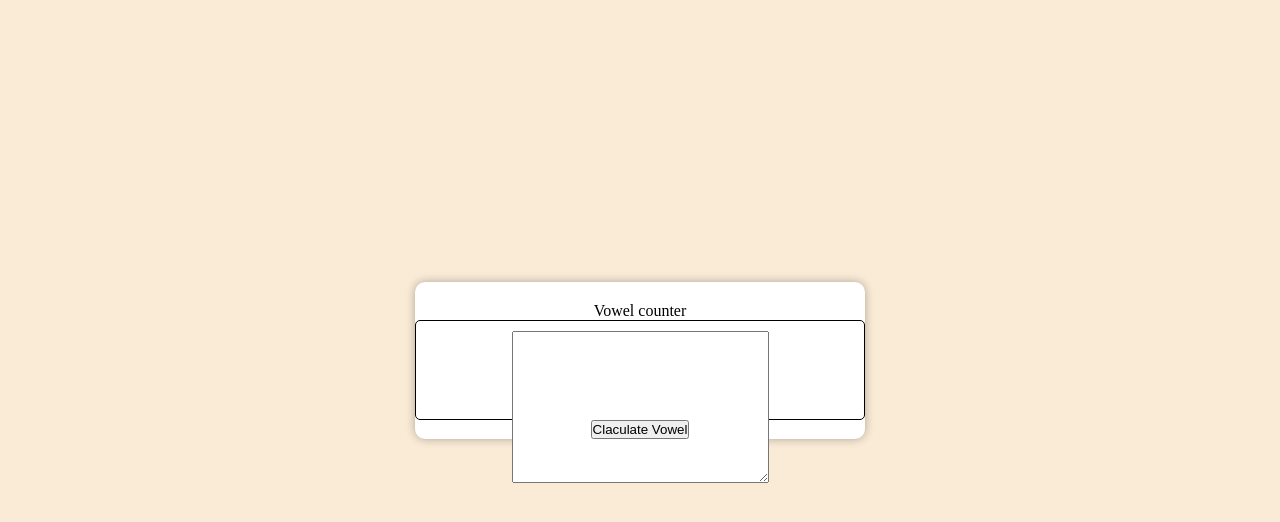
Repository: JunaidAnsari202/Vowel-counter
Page: index.html
These files come from the project's save history. The page is drawn as it stood at one moment and after the next save; the edit follows.
The browser window is 1280 px wide. The pictures show the whole page.

Above is the page before, as saved 2024-10-17 11:41:54.

### index.html
<!DOCTYPE html>
<html lang="en">
<head>
    <meta charset="UTF-8">
    <meta name="viewport" content="width=device-width, initial-scale=1.0">
    <title>Vowel counter</title>
    <link rel="stylesheet" href="style.css">
</head>
<body>
    <div class="container">
        <div class="header">Vowel counter</div>
        <div class="textarea">
            <textarea name="vowelinput" id="textarea" rows="10" cols="30"></textarea>
        </div>
        <div class="count">
            <button id="count">Claculate Vowel</button>
        </div>
        <div class="output"></div>
    </div>
    <script src="script.js"></script>
</body>
</html>

### style.css
*{
    margin: 0;
    padding: 0;
    box-sizing: border-box;
}

body{
    background-color: antiquewhite;
    display: flex;
    justify-content: center;
    align-items: center;
    height: 100vh;

}

.container{
    width: 450px;
    text-align: center;
    background-color: white;
    border-radius: 10px;
    box-shadow: 0 0 10px rgba(0,0,0,0.3);
}

.header{
    margin-top: 10px;
    padding-top: 10px;
}

.textarea{
    width:100%;
    height: 100px;
    border: 1px solid black;
    border-radius: 5px;
    padding: 10px;
    font-size: 16px;
}

Loaded but not shown: script.js (no copy from this time; the picture is the same without it)

After the next save:
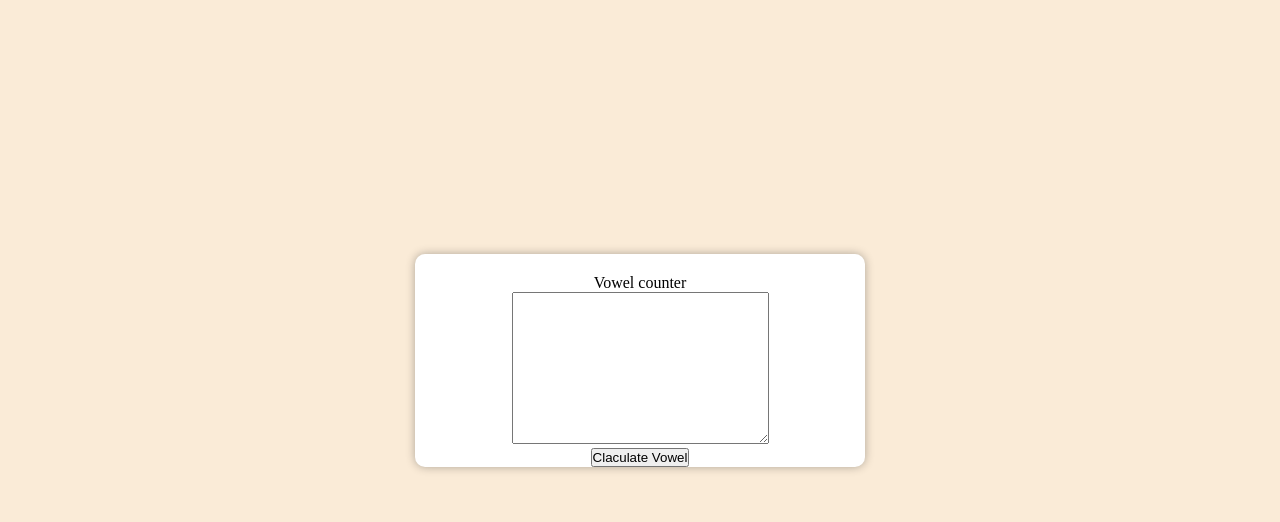
Saved 3 min 52 s later.
--- a/style.css
+++ b/style.css
@@ -26,7 +26,7 @@
     padding-top: 10px;
 }
 
-.textarea{
+.#textarea{
     width:100%;
     height: 100px;
     border: 1px solid black;
